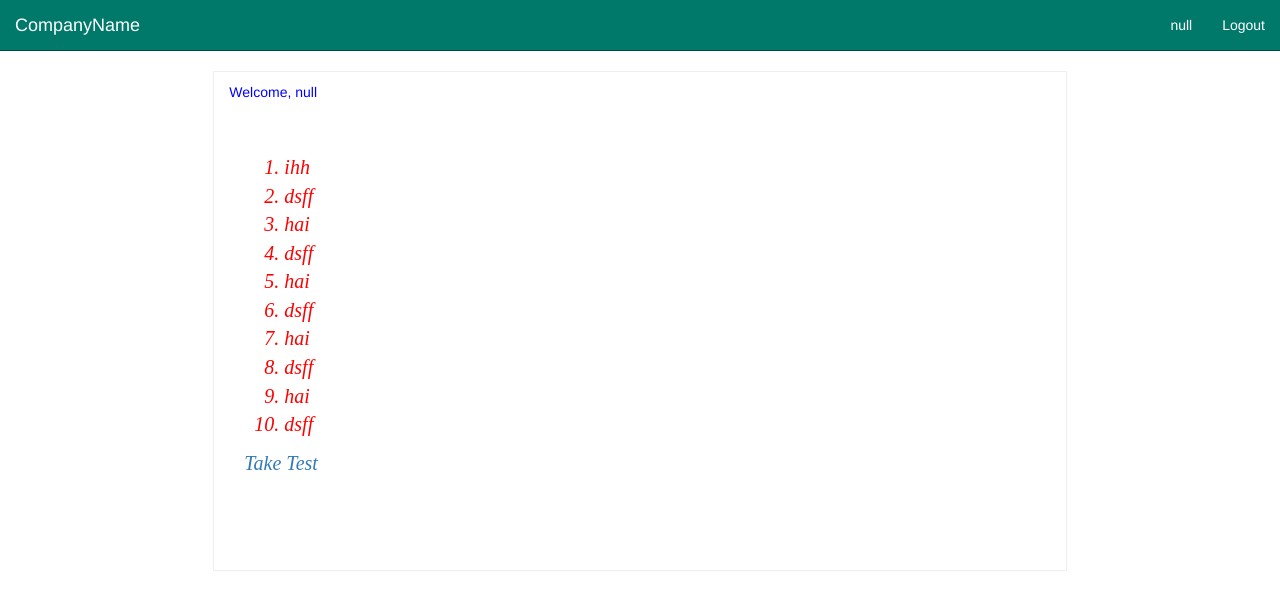
Repository: jayakumar721/projects
Page: http://localhost/TestEngine/dashboard.jsp
These files come from the project's save history. The page is drawn as it stood at one moment and after the next save; the edit follows.
The browser window is 1280 px wide. The pictures show the whole page.
Some web libraries are served in a nearby version. The page is served by Tomcat 9. Other server files are loaded and not shown.

Above is the page before, as saved 2017-11-28 11:34:59.

### TestEngine/WebContent/dashboard.jsp
<%@ page language="java" contentType="text/html; charset=UTF-8"
	pageEncoding="UTF-8"%>
<!DOCTYPE html PUBLIC "-//W3C//DTD HTML 4.01 Transitional//EN" "http://www.w3.org/TR/html4/loose.dtd">
<html>
<head>
<meta http-equiv="Content-Type" content="text/html; charset=UTF-8">
<title>dashboard</title>
<link rel="stylesheet"
	href="https://maxcdn.bootstrapcdn.com/bootstrap/3.3.7/css/bootstrap.min.css">

<!-- jQuery library -->
<script
	src="https://ajax.googleapis.com/ajax/libs/jquery/3.2.1/jquery.min.js"></script>
<script src="vendor/jquery-validation/dist/jquery.validate.min.js"></script>

<!-- Latest compiled JavaScript -->
<script
	src="https://maxcdn.bootstrapcdn.com/bootstrap/3.3.7/js/bootstrap.min.js"></script>
<style type="text/css">
.navbar-inverse {
	background: #00796B;
	border-bottom-color: #004D40;
}

.navbar-inverse .navbar-nav>li>a, .navbar-inverse .navbar-brand,
	.navbar-inverse .navbar-nav>.dropdown>a .caret {
	color: #fff;
}

.navbar-inverse .navbar-nav>.open>a, .navbar-inverse .navbar-nav>.open>a:hover,
	.navbar-inverse .navbar-nav>.open>a:focus, .navbar-nav>li>.dropdown-menu
	{
	background: #4DB6AC;
}

.nav-pills
>
li
>
a
,
{
color








:









#303F9F








;
}
.nav>li>a:hover, .nav>li>a:focus {
	background-color: #EEEEEE;
}

.right {
	height: 500px;
	border: 1px solid #EEEEEE;
}
</style>
</head>
<body>
	<div>
		<%@ include file="header.jsp"%>
	</div>
	<div class="col-sm-2"></div>
	<div class="right col-sm-8">
		<div style="width: 100%; height: 20px; color: blue; margin-top: 10px">
			Welcome,
			<%=session.getAttribute("name")%></div>
			<div class="col-sm-2"></div>
		<div class="col-sm-6" style="font-family:timesnewroman;font-size:20px;font-style:italic;width: 100%; height: 300px; color: red; margin-top: 50px">
			<ol type="1">
				<li>ihh</li>
				<li>dsff</li>
				<li>hai</li>
				<li>dsff</li>
				<li>hai</li>
				<li>dsff</li>
				<li>hai</li>
				<li>dsff</li>
				<li>hai</li>
				<li>dsff</li>
			</ol>
			<div>
				<a href="Questions" id="taketest">Take Test</a>
			</div>
		</div>
	</div>



</body>
</html>

### TestEngine/WebContent/header.jsp
<%@ page language="java" contentType="text/html; charset=UTF-8"
	pageEncoding="UTF-8"%>
<!DOCTYPE html PUBLIC "-//W3C//DTD HTML 4.01 Transitional//EN" "http://www.w3.org/TR/html4/loose.dtd">
<html>
<head>
<meta charset="UTF-8">
<title>Insert title here</title>

<link rel="stylesheet"
	href="https://maxcdn.bootstrapcdn.com/bootstrap/3.3.7/css/bootstrap.min.css">

<!-- jQuery library -->
<script
	src="https://ajax.googleapis.com/ajax/libs/jquery/3.2.1/jquery.min.js"></script>
<script src="vendor/jquery-validation/dist/jquery.validate.min.js"></script>

<!-- Latest compiled JavaScript -->
<script
	src="https://maxcdn.bootstrapcdn.com/bootstrap/3.3.7/js/bootstrap.min.js"></script>
<style type="text/css">
.navbar-inverse {
	background: #00796B;
	border-bottom-color: #004D40;
}

.navbar-inverse .navbar-nav>li>a, .navbar-inverse .navbar-brand,
	.navbar-inverse .navbar-nav>.dropdown>a .caret {
	color: #fff;
}

.navbar-inverse .navbar-nav>.open>a, .navbar-inverse .navbar-nav>.open>a:hover,
	.navbar-inverse .navbar-nav>.open>a:focus, .navbar-nav>li>.dropdown-menu
	{
	background: #4DB6AC;
}

.nav-pills
>
li
>
a
,
{
color
:

#303F9F
;


}
.nav>li>a:hover, .nav>li>a:focus {
	background-color: #EEEEEE;
}
</style>

</head>
<body>
	<div id="top-nav" class="navbar navbar-inverse navbar-static-top">
		<div class="container-fluid">
			<div class="navbar-header">
				<button type="button" class="navbar-toggle" data-toggle="collapse"
					data-target=".navbar-collapse">
					<span class="icon-bar"></span> <span class="icon-bar"></span> <span
						class="icon-bar"></span>
				</button>
				<a class="navbar-brand" href="dashboard.jsp">CompanyName</a>
			</div>
			<div class="navbar-collapse collapse">
				<ul class="nav navbar-nav navbar-right">
					<li><i class="fa fa-user-circle"></i><a><%=session.getAttribute("name")%></a>

					</li>

					<li><a href="Login.html"><i class="fa fa-sign-out"></i>
							Logout</a></li>
				</ul>
			</div>
		</div>
		<!-- /container -->
	</div>

</body>
</html>

After the next save:
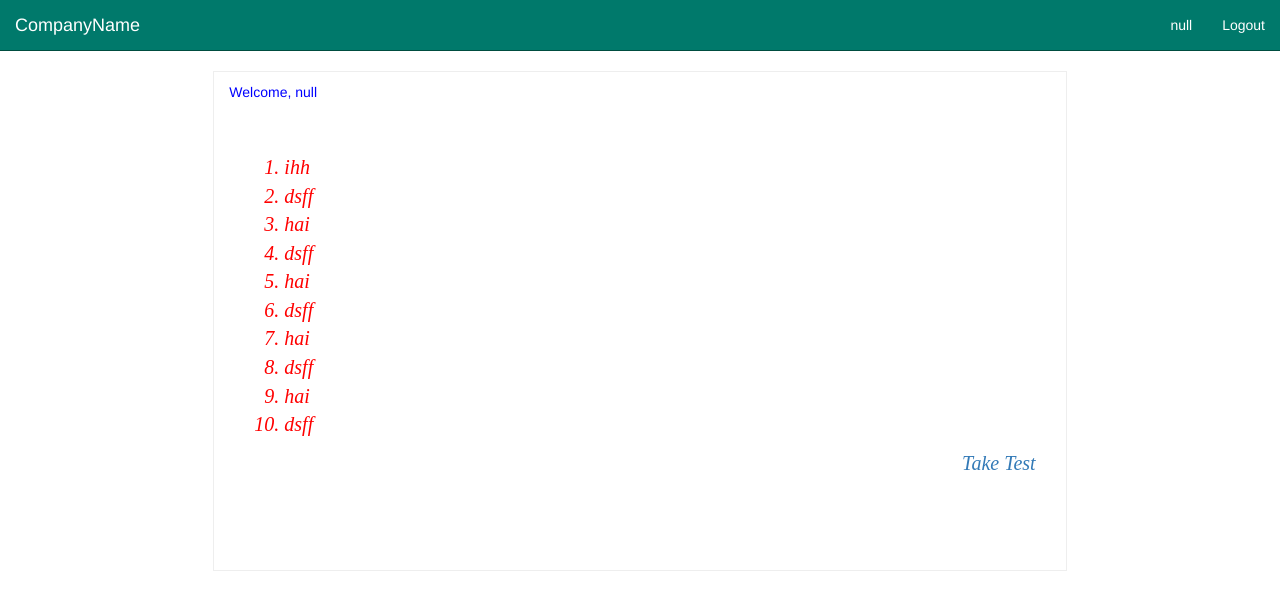
Saved 44 s later.
--- a/TestEngine/WebContent/dashboard.jsp
+++ b/TestEngine/WebContent/dashboard.jsp
@@ -103,7 +103,7 @@ color
 				<li>hai</li>
 				<li>dsff</li>
 			</ol>
-			<div>
+			<div style="float:right">
 				<a href="Questions" id="taketest">Take Test</a>
 			</div>
 		</div>
